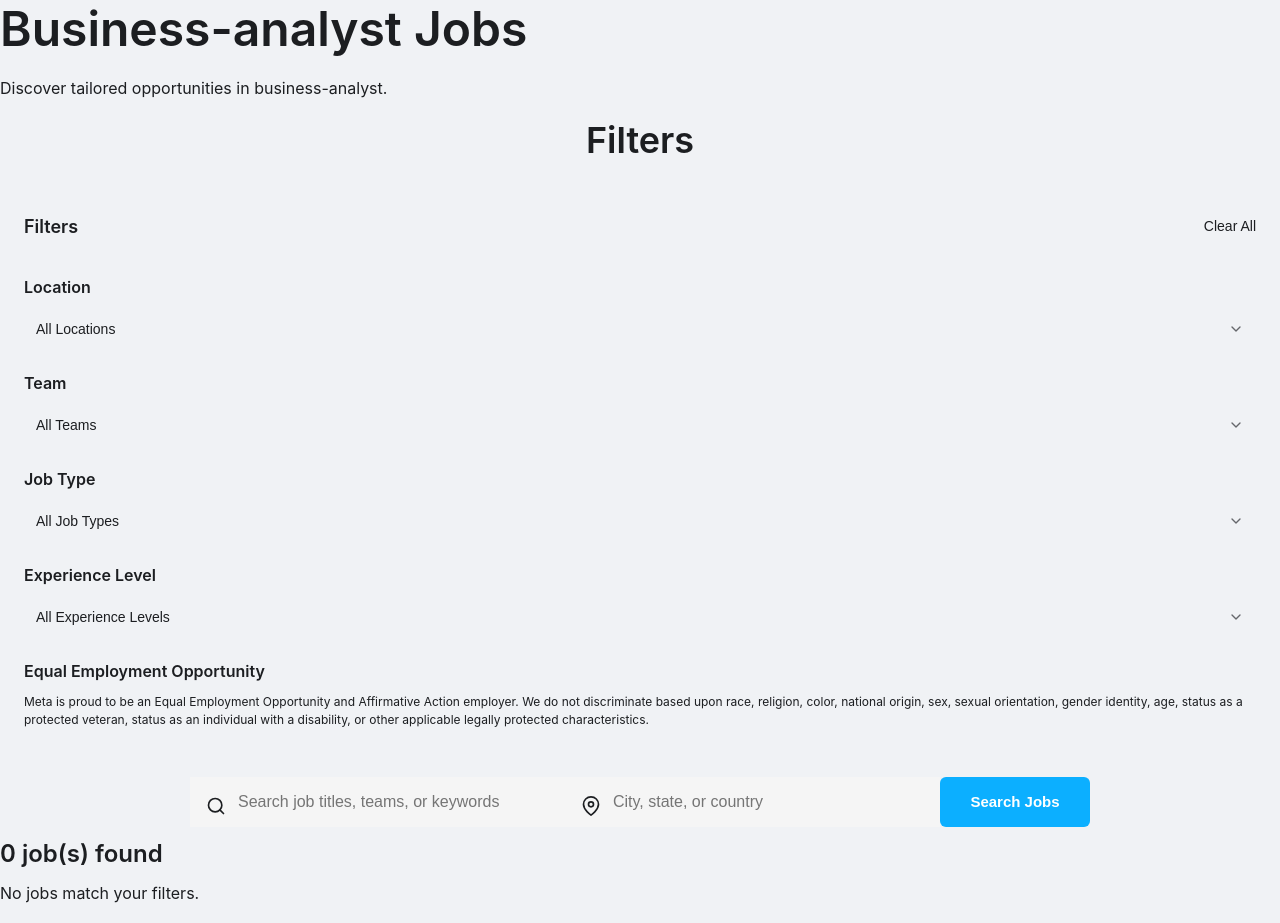
Repository: Siddharthkothiyal/GharPadhaaroCareerWebsite
Page: /jobs/business-analyst
An editor plug-in stored every save of this project. The page is shown before and after the next save, followed by the edit.
The browser window is 1280 px wide. The pictures show the whole page.
The project was rebuilt for these pictures with package versions that can differ from the ones it lists, and the page was loaded fresh each time. Also part of the build but not shown: src/components/CareerPortal/Header.css, src/components/CareerPortal/ResumeUpload.css, src/components/CareerPortal/ResumeUpload.js, src/components/CareerPortal/Header.js, src/components/CareerPortal/FeaturedTeams.css, src/components/CareerPortal/FeaturedTeams.js, src/components/CareerPortal/Footer.css, src/components/CareerPortal/Footer.js and 4 more.

Above is the page before, as saved 2025-06-20 16:22:18.

After the next save:
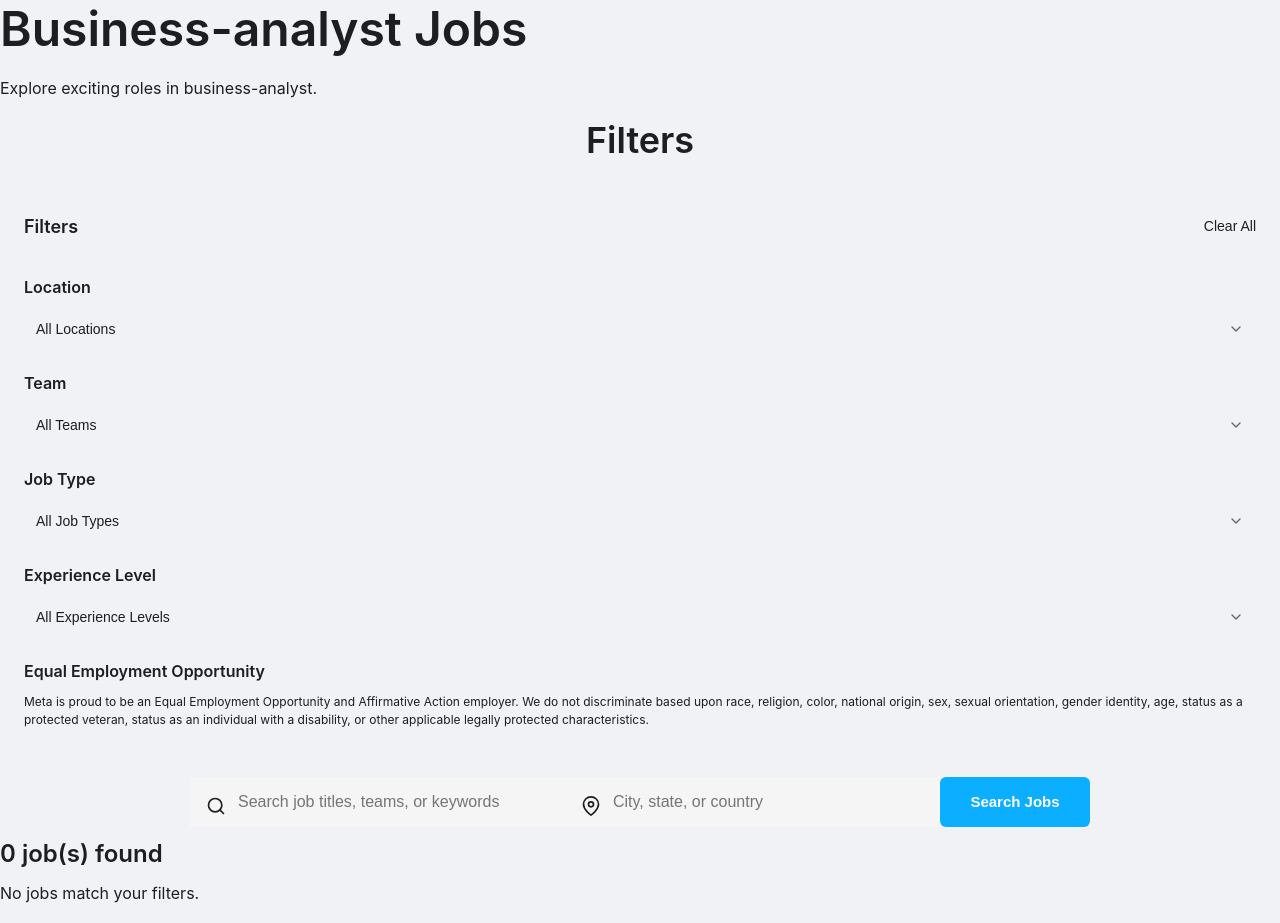
Saved 79 s later.
--- a/src/components/CareerPortal/JobListing/JobCategory.js
+++ b/src/components/CareerPortal/JobListing/JobCategory.js
@@ -22,34 +22,34 @@ const JobCategory = () => {
 
   return (
     <div className="min-h-screen bg-gray-100 py-10 px-4">
-      <div className="max-w-7xl mx-auto">
-        {/* Header */}
-        <div className="mb-10 text-center">
-          <h1 className="text-3xl font-bold text-gray-800">
+      <div className="max-w-[1200px] mx-auto space-y-8">
+        {/* Page Header */}
+        <div className="text-center">
+          <h1 className="text-4xl font-bold text-gray-800">
             {category.charAt(0).toUpperCase() + category.slice(1)} Jobs
           </h1>
-          <p className="mt-2 text-gray-600 text-sm">
-            Discover tailored opportunities in {category.toLowerCase()}.
+          <p className="text-gray-600 mt-2">
+            Explore exciting roles in {category.toLowerCase()}.
           </p>
         </div>
 
         {/* Layout */}
-        <div className="flex flex-col lg:flex-row gap-6">
-          {/* Filters - 1/5 width on large screens */}
-          <aside className="lg:w-1/5 w-full bg-white rounded-xl shadow p-4">
-            <h2 className="text-lg font-semibold text-gray-700 mb-4">Filters</h2>
+        <div className="grid grid-cols-1 lg:grid-cols-5 gap-8">
+          {/* Sidebar (1 column out of 5) */}
+          <aside className="col-span-1 bg-white rounded-lg shadow p-4">
+            <h2 className="text-xl font-semibold text-gray-700 mb-4">Filters</h2>
             <JobFilter filters={filters} onFilterChange={handleFilterChange} />
           </aside>
 
-          {/* Main content - 4/5 width on large screens */}
-          <main className="lg:w-4/5 w-full flex flex-col gap-6">
+          {/* Main Content (4 columns out of 5) */}
+          <main className="col-span-1 lg:col-span-4 space-y-6">
             {/* Search */}
-            <div className="bg-white rounded-xl shadow p-4">
+            <div className="bg-white rounded-lg shadow p-4">
               <JobSearch onSearch={(query) => setSearchQuery(query)} />
             </div>
 
             {/* Listings */}
-            <div className="bg-white rounded-xl shadow p-4">
+            <div className="bg-white rounded-lg shadow p-4">
               <JobListings
                 filters={filters}
                 searchQuery={searchQuery}
